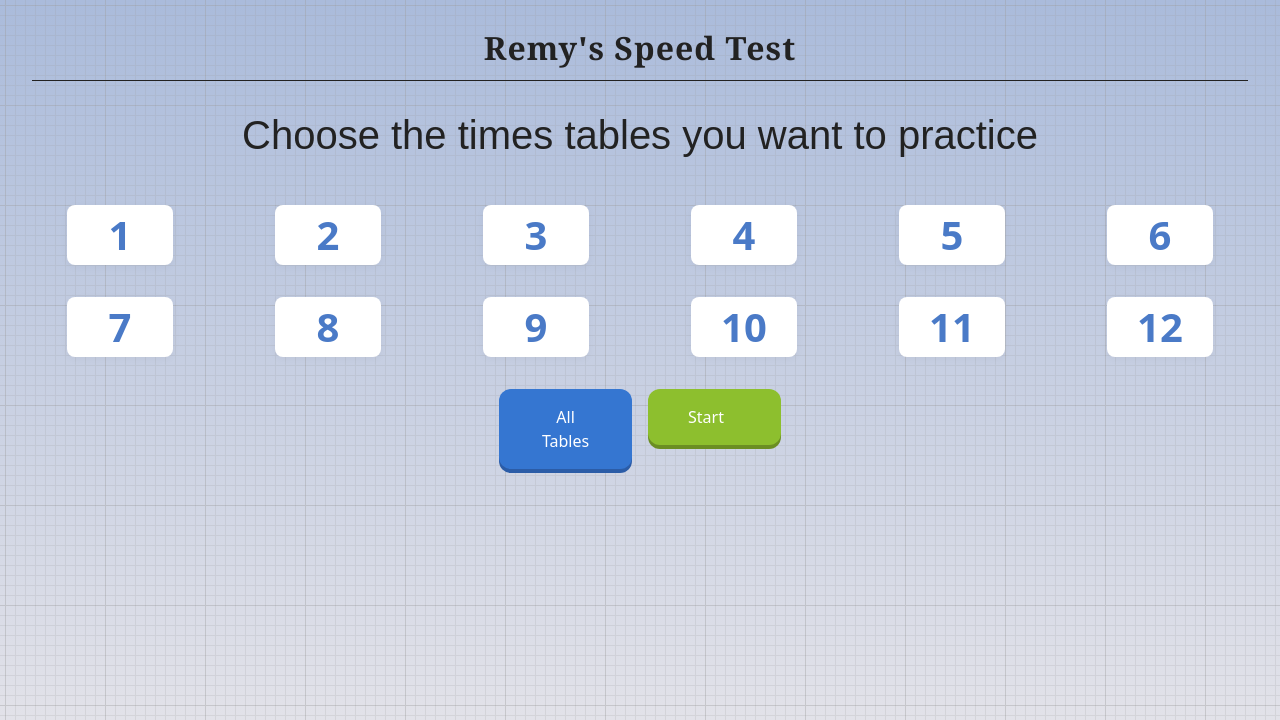
Repository: Chinurum-Omenuko/remys-speed-test
Page: / (app in app/)
An editor plug-in stored every save of this project. The page is shown before and after the next save, followed by the edit.
The browser window is 1280 px wide. The pictures show the whole page.
The project was rebuilt for these pictures with package versions that can differ from the ones it lists, and the page was loaded fresh each time. The framework's server and built-in components were replaced by stand-ins that run in the browser. Also part of the build but not shown: app/svelte.config.js, app/vite.config.ts.

Above is the page before, as saved 2025-11-17 13:50:05.

After the next save:
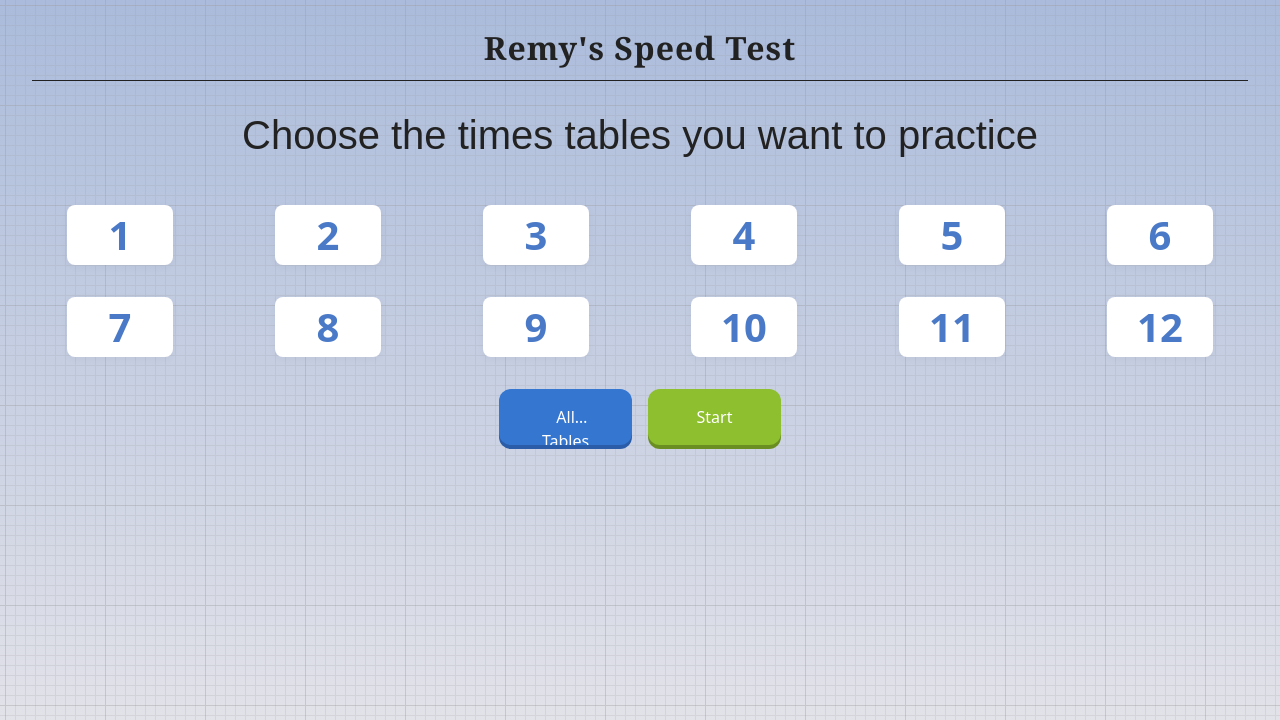
Saved 30 s later.
--- a/app/src/routes/+page.svelte
+++ b/app/src/routes/+page.svelte
@@ -155,8 +155,10 @@
 		padding: 1rem 2.5rem;
 		cursor: pointer;
 		margin-bottom: 0.5rem;
-		display: flex;
-		flex-direction: column;
+		display: -webkit-box;
+		-webkit-line-clamp: 1; /* number of lines */
+		-webkit-box-orient: vertical;
+		overflow: hidden;
 	}
 	.blue-btn {
 		background:  #3576d1;
